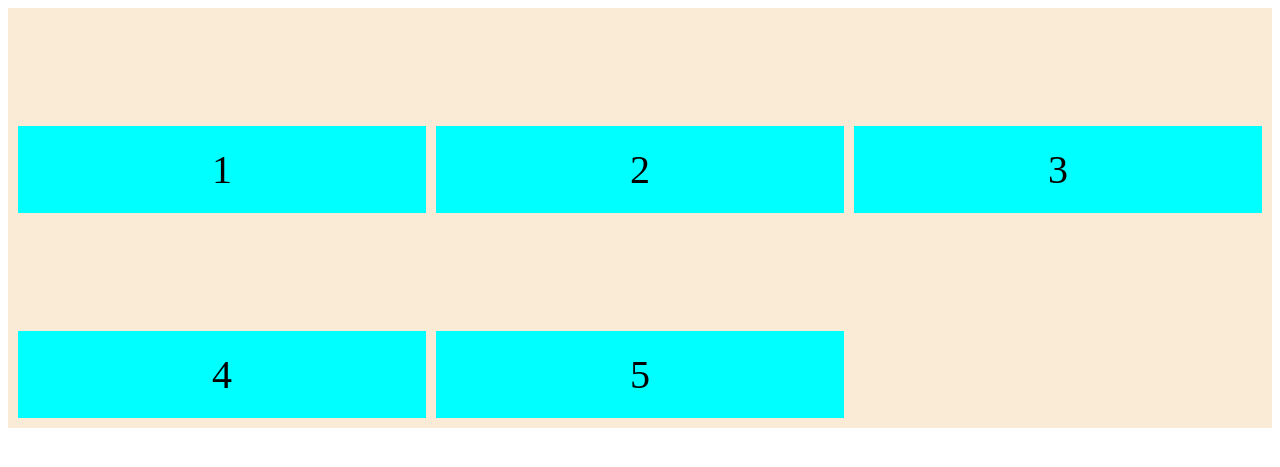
Repository: Thonghehe/Lab1_WEB106
Page: index11.html
An editor plug-in stored every save of this project. The page is shown before and after the next save, followed by the edit.
The browser window is 1280 px wide. The pictures show the whole page.

Above is the page before, as saved 2024-03-05 17:45:46.

### index11.html
<!DOCTYPE html>
<html lang="en">

<head>
    <meta charset="UTF-8">
    <meta name="viewport" content="width=device-width, initial-scale=1.0">
    <title>Document</title>
    <link rel="stylesheet" href="./style.css">
</head>

<body>
    <div class="grid-container">
        <div class="item1">1</div>
        <div class="item2">2</div>
        <div class="item3">3</div>
        <div class="item4">4</div>
        <div class="item5">5</div>
    </div>
</body>

</html>

### style.css
.grid-container {
    display: grid;
    height: 400px;
    align-items: end;
    grid-template-columns: auto auto auto;
    gap: 10px;
    background-color: antiquewhite;
    padding: 10px;
}

.grid-container>div {
    background-color: aqua;
    text-align: center;
    padding: 20px;
    font-size: 40px;
}

After the next save:
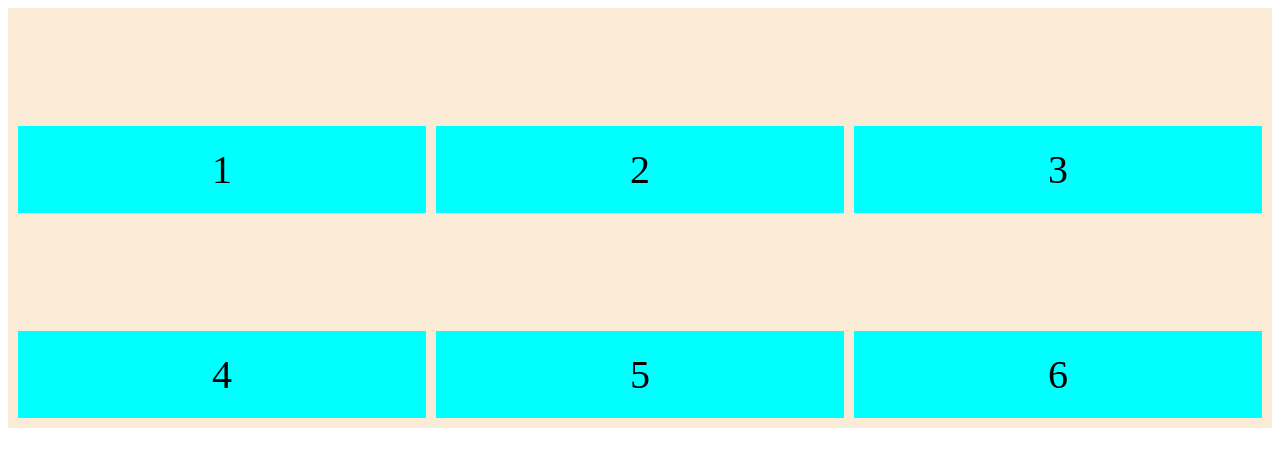
Saved 23 s later.
--- a/index11.html
+++ b/index11.html
@@ -15,6 +15,7 @@
         <div class="item3">3</div>
         <div class="item4">4</div>
         <div class="item5">5</div>
+        <div class="item6">6</div>
     </div>
 </body>
 
